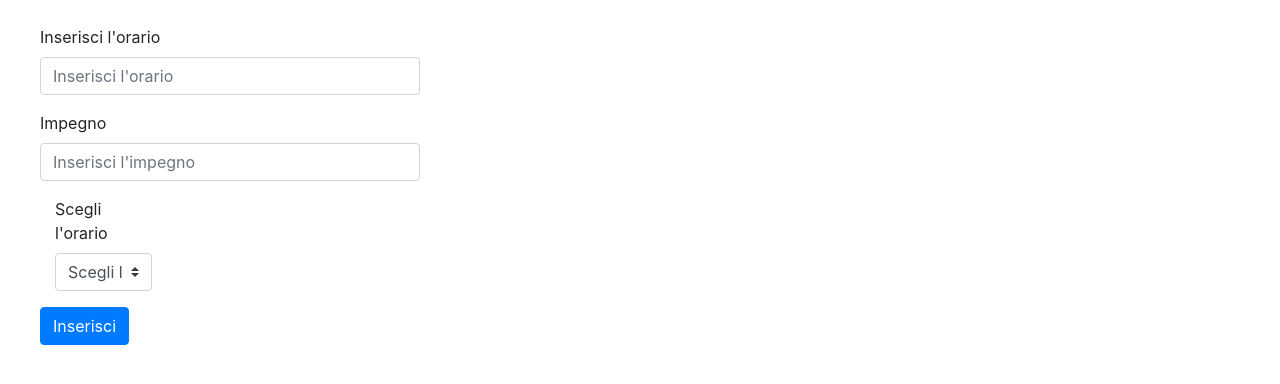
Repository: robertobellardi/eclipse
Page: Agenda/WebContent/index.html
The author's editor kept a copy of each file at every save. The page is drawn from the files as they stood at one save, then again after the next save.
The browser window is 1280 px wide. The pictures show the whole page.
Some web libraries are served in a nearby version.

Above is the page before, as saved 2020-01-23 10:49:16.

### Agenda/WebContent/index.html
<!DOCTYPE html>
<html>
<head>
<meta charset="utf-8">
<link rel="stylesheet" href="https://maxcdn.bootstrapcdn.com/bootstrap/4.0.0/css/bootstrap.min.css" integrity="sha384-Gn5384xqQ1aoWXA+058RXPxPg6fy4IWvTNh0E263XmFcJlSAwiGgFAW/dAiS6JXm" crossorigin="anonymous">
<script src="https://code.jquery.com/jquery-3.2.1.slim.min.js" integrity="sha384-KJ3o2DKtIkvYIK3UENzmM7KCkRr/rE9/Qpg6aAZGJwFDMVNA/GpGFF93hXpG5KkN" crossorigin="anonymous"></script>
<script src="https://cdnjs.cloudflare.com/ajax/libs/popper.js/1.12.9/umd/popper.min.js" integrity="sha384-ApNbgh9B+Y1QKtv3Rn7W3mgPxhU9K/ScQsAP7hUibX39j7fakFPskvXusvfa0b4Q" crossorigin="anonymous"></script>
<script src="https://maxcdn.bootstrapcdn.com/bootstrap/4.0.0/js/bootstrap.min.js" integrity="sha384-JZR6Spejh4U02d8jOt6vLEHfe/JQGiRRSQQxSfFWpi1MquVdAyjUar5+76PVCmYl" crossorigin="anonymous"></script>

<script src=""></script>
<link rel="stylesheet" href="assets/custom.css">

<title>Agenda</title>
</head>
<body>

<div class="row inputAgenda">
  <div class="col-4">
  	<form method="POST" action="inserisci">
	  <div class="form-group">
	    <label for="orario">Inserisci l'orario</label>
	    <input type="email" class="form-control" id="orario" placeholder="Inserisci l'orario">
	  </div>
	  <div class="form-group">
	    <label for="impegno">Impegno</label>
	    <input type="text" class="form-control" id="impegno" placeholder="Inserisci l'impegno">
	  </div>
	  <div class="form-group col-md-4">
      <label for="inputState">Scegli l'orario</label>
      <select class="custom-select" id="inputGroupSelect01">
	    <option selected>Scegli l'orario</option>
	    <option value="0">8:00 - 9:00</option>
	    <option value="1">9:00 - 10:00</option>
	    <option value="2">10:00 - 11:00</option>
	    <option value="3">11:00 - 12:00</option>
	    <option value="4">12:00 - 13:00</option>
	    <option value="5">14:00 - 15:00</option>
	    <option value="6">15:00 - 16:00</option>
	    <option value="7">16:00 - 17:00</option>
	    <option value="8">17:00 - 18:00</option>
	    <option value="9">18:00 - 19:00</option>
  </select>
    </div>
	  <button type="submit" class="btn btn-primary">Inserisci</button>
</form>
</div>
  </div>

<div class="col-8"></div>

</div>

</body>
</html>

### Agenda/WebContent/assets/custom.css
.inputAgenda{
	margin: 25px;
}

After the next save:
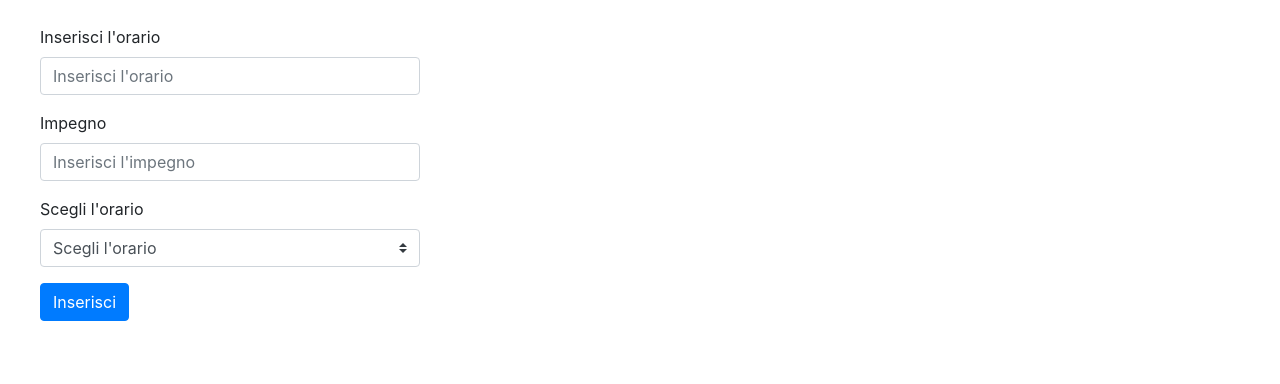
Saved 52 s later.
--- a/Agenda/WebContent/index.html
+++ b/Agenda/WebContent/index.html
@@ -21,26 +21,28 @@
 	    <label for="orario">Inserisci l'orario</label>
 	    <input type="email" class="form-control" id="orario" placeholder="Inserisci l'orario">
 	  </div>
+
 	  <div class="form-group">
 	    <label for="impegno">Impegno</label>
 	    <input type="text" class="form-control" id="impegno" placeholder="Inserisci l'impegno">
 	  </div>
-	  <div class="form-group col-md-4">
-      <label for="inputState">Scegli l'orario</label>
-      <select class="custom-select" id="inputGroupSelect01">
-	    <option selected>Scegli l'orario</option>
-	    <option value="0">8:00 - 9:00</option>
-	    <option value="1">9:00 - 10:00</option>
-	    <option value="2">10:00 - 11:00</option>
-	    <option value="3">11:00 - 12:00</option>
-	    <option value="4">12:00 - 13:00</option>
-	    <option value="5">14:00 - 15:00</option>
-	    <option value="6">15:00 - 16:00</option>
-	    <option value="7">16:00 - 17:00</option>
-	    <option value="8">17:00 - 18:00</option>
-	    <option value="9">18:00 - 19:00</option>
-  </select>
-    </div>
+
+	  <div class="form-group">
+	      <label for="inputState">Scegli l'orario</label>
+	      <select class="custom-select" id="inputGroupSelect01">
+		    <option selected>Scegli l'orario</option>
+		    <option value="0">8:00 - 9:00</option>
+		    <option value="1">9:00 - 10:00</option>
+		    <option value="2">10:00 - 11:00</option>
+		    <option value="3">11:00 - 12:00</option>
+		    <option value="4">12:00 - 13:00</option>
+		    <option value="5">14:00 - 15:00</option>
+		    <option value="6">15:00 - 16:00</option>
+		    <option value="7">16:00 - 17:00</option>
+		    <option value="8">17:00 - 18:00</option>
+		    <option value="9">18:00 - 19:00</option>
+	  	</select>
+   	</div>
 	  <button type="submit" class="btn btn-primary">Inserisci</button>
 </form>
 </div>
